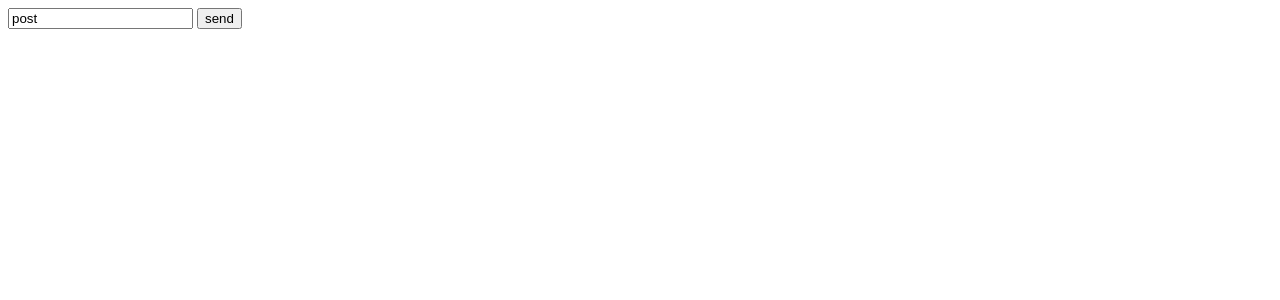
Repository: kimhun456/JSPLearn
Page: HelloWorld/WebContent/post.html
The author's editor kept a copy of each file at every save. The page is drawn from the files as they stood at one save, then again after a run of saves.
The browser window is 1280 px wide. The pictures show the whole page.

Above is the page before, as saved 2015-06-27 12:43:42.

After the next 2 saves:
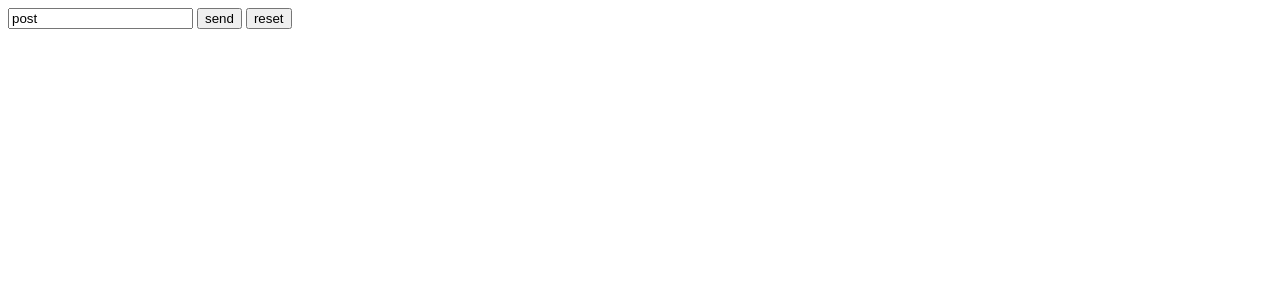
The 2 saves are shown as one change because they came seconds apart.
The last was saved 21 s later.
--- a/HelloWorld/WebContent/post.html
+++ b/HelloWorld/WebContent/post.html
@@ -5,9 +5,9 @@
 <title>Insert title here</title>
 </head>
 <body>
-	<form action="HelloWorld" method = "Post">
-		<input type="text" name = "name" value="post"/>
-		<input type="submit" value="send"/>
+	<form action="HelloWorld" method="Post">
+		<input type="text" name="name" value="post" /> <input type="submit"
+			value="send" /> <input type="reset" value="reset" />
 	</form>
 </body>
 </html>
